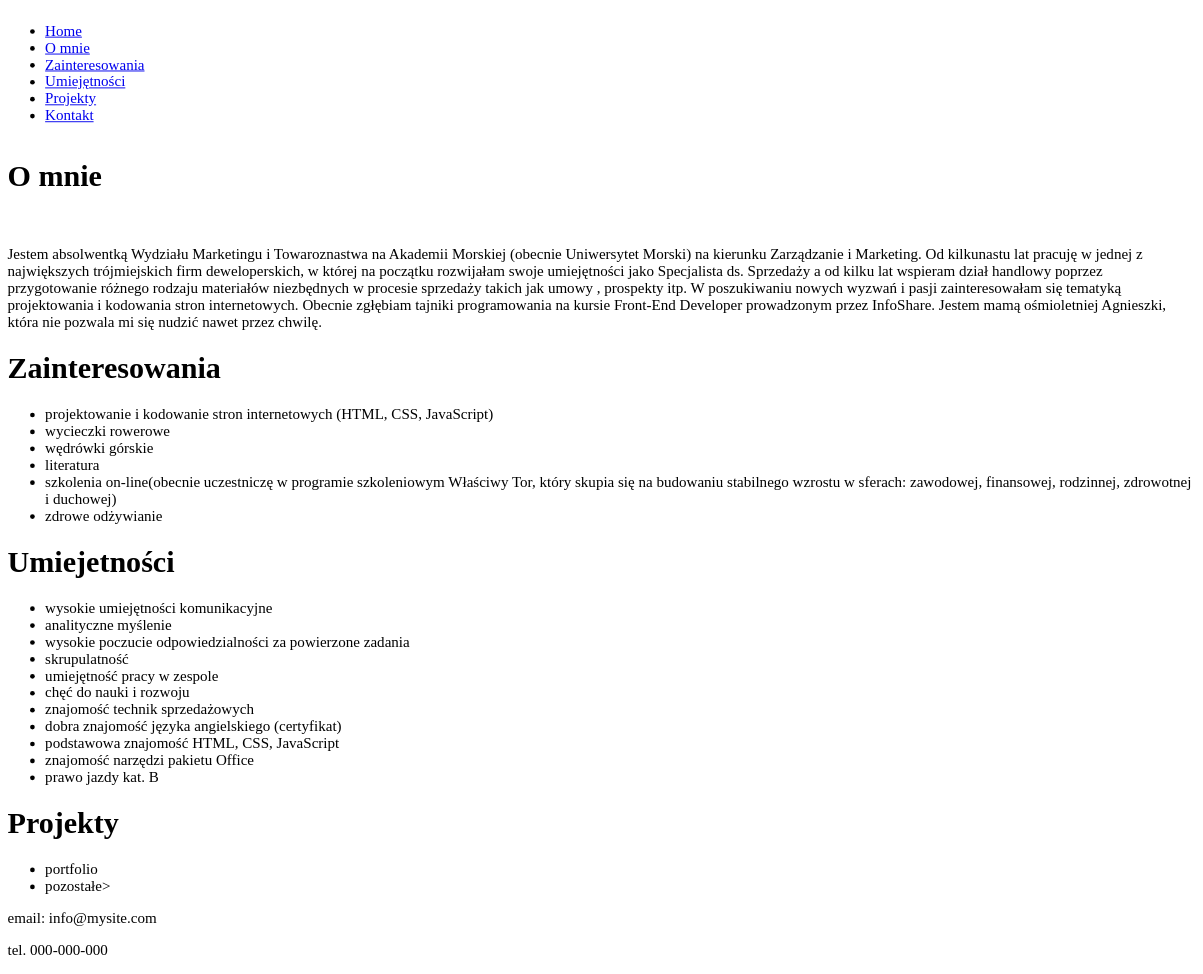
Repository: MagJaw/portfolio
Page: portfolio.html
An editor plug-in stored every save of this project. The page is shown before and after the next save, followed by the edit.
The browser window is 1280 px wide. The pictures show the whole page, at 94% of full size.

Above is the page before, as saved 2018-11-11 19:43:52.

### portfolio.html
<!DOCTYPE html>
<html lang="pl">
<head>
    <meta charset="UTF-8">
    <meta name="viewport" content="width=device-width, initial-scale=1.0">
    <meta http-equiv="X-UA-Compatible" content="ie=edge">
    <link rel="stylesheet" href="main.css">
    <title>Portfolio</title>
</head>
<body>
    <nav role="navigation" class="menu__container">
        <ul class="menu">
            <li class="menu__section">
              <a href="#section1">Home</a>
            </li>
            <li class="menu__section">
                <a href="#section2">O mnie</a>
            </li>
            <li class="menu__section">
              <a href="#section3">Zainteresowania</a>
            </li>
            <li class="menu__section">
              <a href="#section4">Umiejętności</a>
            </li>
            <li class="menu__section">
                <a href="#section5">Projekty</a>
            </li>
            <li class="menu__section">
                <a href="#section6">Kontakt</a>
            </li>
          </ul>
    </nav>
    <div class="motto__container">


    </div>

    <div class="section2">
        <h1 class="header__section">O mnie</h1>
        <img src="" class="my__photo">
        <p> Jestem absolwentką Wydziału Marketingu i Towaroznastwa na Akademii Morskiej (obecnie Uniwersytet Morski) na kierunku Zarządzanie i Marketing. Od kilkunastu lat pracuję w jednej z największych trójmiejskich firm deweloperskich, w której na początku rozwijałam swoje umiejętności jako Specjalista ds. Sprzedaży a od kilku lat wspieram dział handlowy poprzez przygotowanie różnego rodzaju materiałów niezbędnych w procesie sprzedaży takich jak umowy , prospekty itp. W poszukiwaniu nowych wyzwań i pasji zainteresowałam się tematyką projektowania i kodowania stron internetowych. Obecnie zgłębiam tajniki programowania na kursie Front-End Developer prowadzonym przez InfoShare. Jestem mamą ośmioletniej Agnieszki, która nie pozwala mi się nudzić nawet przez chwilę.</p>
    </div>
    <div class="section3">
        <h1 class="header__section">Zainteresowania</h1>
        <ul>
            <li>projektowanie i kodowanie stron internetowych (HTML, CSS, JavaScript)</li>
            <li>wycieczki rowerowe</li>
            <li>wędrówki górskie</li>
            <li>literatura</li>
            <li>szkolenia on-line(obecnie uczestniczę w programie szkoleniowym Właściwy Tor, który skupia się na budowaniu stabilnego wzrostu w sferach: zawodowej, finansowej, rodzinnej, zdrowotnej i duchowej)</li>
            <li>zdrowe odżywianie</li>
        </ul>
    </div>
    <div class="section4">
        <h1 class="header__section">Umiejetności</h1>
        <ul>
            <li>wysokie umiejętności komunikacyjne</li>
            <li>analityczne myślenie</li>
            <li>wysokie poczucie odpowiedzialności za powierzone zadania</li>
            <li>skrupulatność</li>
            <li>umiejętność pracy w zespole</li>
            <li>chęć do nauki i rozwoju</li>
            <li>znajomość technik sprzedażowych</li>
            <li>dobra znajomość języka angielskiego (certyfikat)</li>
            <li>podstawowa znajomość HTML, CSS, JavaScript</li>
            <li>znajomość narzędzi pakietu Office</li>
            <li>prawo jazdy kat. B</li>
        </ul>
    </div>
    <div class="section5">
        <h1 class="header__section">Projekty</h1>
        <ul>
            <li>portfolio</li>
            <li>pozostałe></li>
        </ul>
    </div>
    <div class="section6">
        <p>email: info@mysite.com</p>
        <p>tel. 000-000-000</p>
    </div>

</body>
</html>

### main.css
.menu {
    display: inline-block;
}

After the next save:
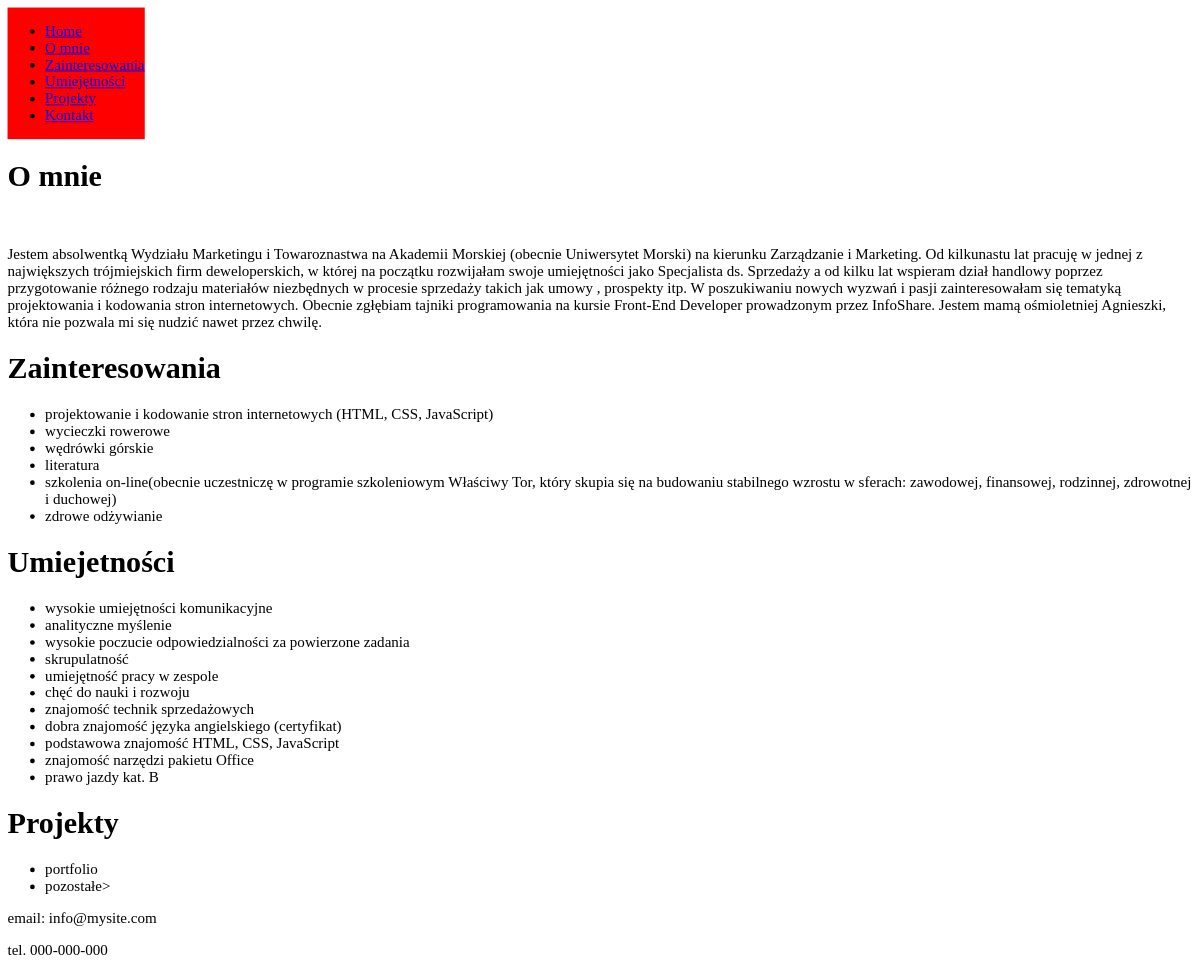
Saved 6 min 14 s later.
--- a/main.css
+++ b/main.css
@@ -1,3 +1,4 @@
-.menu {
+.menu__container {
+    background: red;
     display: inline-block;
 }
